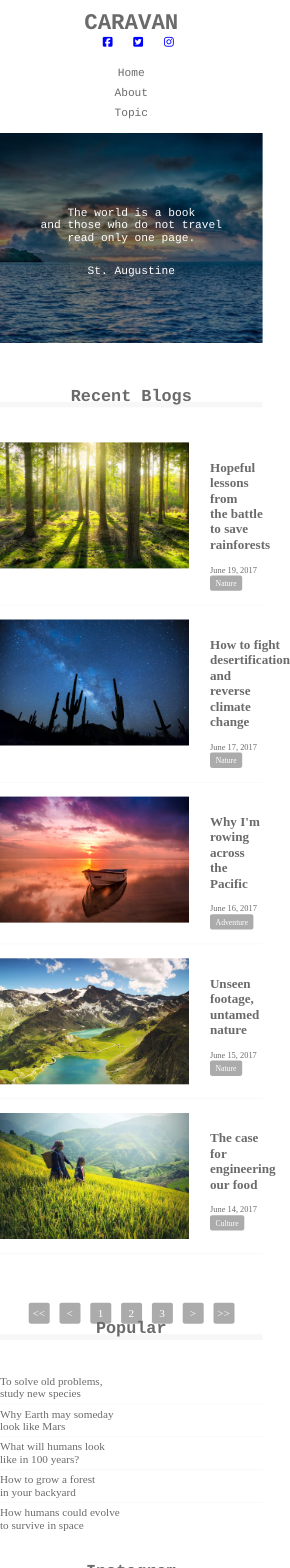
Repository: KoPiyt/Infratop-01
Page: caravan/index.html
The author's editor kept a record of every edit. The page is drawn from the files as they stood at one moment, then again after the next edit.
The browser window is 375 px wide. The page is 414 px wide, then 375 px, so the pictures cover 414 px, including what lies to the right of the window. The pictures show the part of the page from y = 0 to 2240 px (the page is 3105 px tall before and 3031 px after), at 70% of full size.
Some web libraries are served in a nearby version.

Above is the page before.

### caravan/index.html
<!DOCTYPE html>
<html lang="ja">
  <head>
    <meta charset="UTF-8" />
        <meta name="viewport" content="width=device-width,initial-scale=1.0">
    <script src="https://kit.fontawesome.com/45b41b99b0.js" crossorigin="anonymous"></script>
    <!-- CSSファイルの読み込み -->
    <link rel="stylesheet" href="style.css" />
    <title>CARAVAN</title>
  </head>

  <body>
    <!-- header -->
    <header>
      <h1 class="heading">
        <a href="index.html">
          CARAVAN
        </a>
      </h1>
      <div class="social">
        <i class="fab fa-facebook-square"></i>
        <i class="fab fa-twitter-square"></i>
        <i class="fab fa-instagram"></i>
      </div>


    </header>

    <!-- navigation -->
    <nav>
      <ul class="nav-list">
        <li class="nav-list-item">
          <a href="index.html">Home</a>
        </li>
        <li class="nav-list-item">About</li>
        <li class="nav-list-item">Topic</li>
      </ul>
    </nav>

    <!-- main-visual用のdiv -->
    <div class="main-visual">
      <div class="main-visual-content">
        <!-- pタグ（と文字）を追加 -->
        <p class="main-visual-text">
          The world is a book<br>
          and those who do not travel<br>
          read only one page.
        </p>
        <p class="main-visual-name">
          St. Augustine
        </p>      </div>
    </div>

    <!-- main用のdiv -->
    <main>
      <section class="blog">
        <h2 class="blog-heading">Recent Blogs</h2>
    <div class="blog-box">
          <div class="blog-item">
            <img class="blog-image" src="img/forest.jpg" />
            <section class="blog-text">
              <h3 class="blog-text-heading">
                <a href="single.html">
                  Hopeful lessons from<br>
                  the battle to save<br>
                  rainforests
                </a>
              </h3>
              <p class="blog-date">June 19, 2017</p>
              <span class="category">Nature</span>
            </section>
          </div>

          <div class="blog-item">
            <img class="blog-image" src="img/desert.jpg" />
            <section class="blog-text">
              <h3 class="blog-text-heading">
                <a href="single.html">
                  How to fight<br>
                  desertification and<br>
                  reverse climate change
                </a>
              </h3>
              <p class="blog-date">June 17, 2017</p>
              <span class="category">Nature</span>
            </section>
          </div>

          <div class="blog-item">
            <img class="blog-image" src="img/sunset.jpg" />
            <section class="blog-text">
              <h3 class="blog-text-heading">
                <a href="single.html">
                  Why I'm rowing<br>
                  across the Pacific
                </a>
              </h3>
              <p class="blog-date">June 16, 2017</p>
              <span class="category">Adventure</span>
            </section>
          </div>

          <div class="blog-item">
            <img class="blog-image" src="img/italy.jpg" />
            <section class="blog-text">
              <h3 class="blog-text-heading">
                <a href="single.html">
                  Unseen footage,<br>
                  untamed nature
                </a>
              </h3>
              <p class="blog-date">June 15, 2017</p>
              <span class="category">Nature</span>
            </section>
          </div>

          <div class="blog-item">
            <img class="blog-image" src="img/asia.jpg" />
            <section class="blog-text">
              <h3 class="blog-text-heading">
                <a href="single.html">
                  The case for<br>
                  engineering our food
                </a>
              </h3>
              <p class="blog-date">June 14, 2017</p>
              <span class="category">Culture</span>
            </section>
          </div>
        </div>

        <div class="pagination">
          <p><<</p>
          <p><</p>
          <p>1</p>
          <p>2</p>
          <p>3</p>
          <p>></p>
          <p>>></p>
        </div>
      </section>

      <div class="sidebar">
         <section class="popular">
          <h2 class="popular-heading common-heading">Popular</h2>
          <div class="sidebar-contents">
            <p class="popular-text">To solve old problems,<br>study new species</p>
            <p class="popular-text">Why Earth may someday<br>look like Mars</p>
            <p class="popular-text">What will humans look<br>like in 100 years?</p>
            <p class="popular-text">How to grow a forest<br>in your backyard</p>
            <p class="popular-text">How humans could evolve<br>to survive in space</p>
          </div>
         </section>

        <section class="instagram">
          <h2 class="instagram-heading common-heading">Instagram</h2>
          <div class="sidebar-contents">
            <div class="instagram-box"></div>
            <div class="instagram-box"></div>
            <div class="instagram-box"></div>
            <div class="instagram-box"></div>
            <div class="instagram-box"></div>
            <div class="instagram-box"></div>
          </div>
        </section>

        <section class="categories">
          <h2 class="categories-heading common-heading">Categories</h2>
          <div class="sidebar-contents">
            <p class="categories-text">Technology(15)</p>
            <p class="categories-text">Business(23)</p>
            <p class="categories-text">Entertainment(12)</p>
            <p class="categories-text">Nature(32)</p>
            <p class="categories-text">Education(9)</p>
            <p class="categories-text">Adventure(23)</p>
            <p class="categories-text">Communication(14)</p>
          </div>
        </section>

      </div>
    </main>

    <!-- footer -->
    <footer>
      <p class="footer-text">© All rights reserved by Infratop.Inc.</p>
    </footer>
  </body>
</html>

### caravan/style.css
/* ブラウザがそれぞれ持っているCSSをリセットするための記述 */
* {
  margin: 0;
  padding: 0;
  box-sizing: border-box;
  color: #6c6b6b;
}

a {
  text-decoration: none;
}

header, nav, h2, .main-visual, footer {
  font-family: Chalkduster, "Bradley Hand", Courier, "Segoe Print", sans-serif;
}


header {
  width: 90%; /* 横幅90% */
  padding: 15px 0;
  margin: 0 auto;
  text-align: center;
}

.social i {
  display: inline-block;
  margin-left: 20px;
}

header .heading { /* headerタグ内のheadingクラスにのみ反映される */
  font-size: 32px;
}

.nav-list {
  text-align: center;
  padding: 10px 0;
  margin: 0 auto;
}

.nav-list-item {
  list-style: none;
  display: inline-block;
  margin: 0 20px;
}

.main-visual {
  width: 100%; /* 横幅いっぱい */
  height: 300px; /* 高さ300px */
  background-image: url(img/mv.jpg);
  background-size: cover;
  background-position: center;
}

.main-visual-content {
  width: 40%; /* 横幅40% */
  height: 300px; /* 親の高さに揃える */
  background-color: rgba( 0, 0, 0, 0.5); /* 背景色を半透明の黒にする */
  text-align: center; /* 文字を中央揃えにする */
  padding-top: 105px; /* 上側の内側余白で垂直方向の位置を調整 */
}

.main-visual-text {
  color: #fff; /* 文字色を白に変更 */
}

.main-visual-name {
  margin-top: 30px; /* 上側の外側の余白 */
  color: #fff; /* 文字色を白に変更 */
}

main {
  width: 800px; /* 横幅800px */
  display: flex; /* Flexboxの利用 */
  justify-content: center; /* 要素の横並び・中央寄せ */
  margin: 0 auto; /* 要素の中央揃え */
  padding: 70px 0; /* 上下に70px、左右に0pxの内側余白 */
}

.blog {
  width: 540px;
  margin-right: 30px; /* 領域の右側余白 */
}

.blog-heading {
  border-bottom: 8px solid #f7f7f7;
  text-align: center;
  line-height: 0.6;
}

.blog-box {
  padding-top: 50px;
}

.blog-item {
  padding-bottom: 20px;
  margin-bottom: 20px;
  border-bottom: 1px solid #f7f7f7;
  display: flex;
  justify-content: flex-start;
}

.blog-image {
  height: 180px;
}

.blog-text {
  padding: 25px 0 0 30px;
}

.blog-text-heading {
  padding-bottom: 15px;
}

.blog-date {
  font-size: 12px;
  display: inline-block;
}

.category {
  display: inline-block;
  padding: 5px 8px;
  background-color: #acabab;
  border-radius: 3px;
  color: #fff;
  font-size: 11px;
}

.pagination {
  text-align: center;
  padding-top: 50px;
}

.pagination p {
  display: inline-block;
  width: 30px;
  height: 30px;
  margin: 0 5px;
  color: #fff;
  background-color: #acabab;
  border-radius: 3px;
  line-height: 30px;
}

.sidebar {
  width: 230px;
}

.common-heading {
  border-bottom: 8px solid #f7f7f7;
  text-align: center;
  line-height: 0.6;
}

.sidebar-contents {
  padding: 50px 0;
}

.popular-text,
.categories-text {
  padding-bottom: 5px;
  border-bottom: 1px solid #f7f7f7;
  margin-bottom: 5px;
}

.popular-text:last-child,
.categories-text:last-child {
  margin: 0;
  padding: 0;
  border: none;
}

.instagram .sidebar-contents {
  display: flex;
  flex-wrap: wrap;
}

.instagram-box {
  width: 110px;
  padding-top: 110px;
  background-size: cover;
  background-position: center;
  margin-bottom: 10px;
}

.instagram-box:nth-child(odd) {
  margin: 0 10px 10px 0;
}

.instagram-box:nth-child(1) {
  background-image: url(img/airport.jpg);
}

.instagram-box:nth-child(2) {
  background-image: url(img/japan.jpg);
}

.instagram-box:nth-child(3) {
  background-image: url(img/snow.jpg);
}

.instagram-box:nth-child(4) {
  background-image: url(img/japan2.jpg);
}

.instagram-box:nth-child(5) {
  background-image: url(img/lake.jpg);
}

.instagram-box:nth-child(6) {
  background-image: url(img/road.jpg);
}

footer {
  width: 100%; /* 横幅いっぱい */
  height: 120px; /* 高さ120px */

  text-align: center;
  line-height: 120px;
  background-color: #848282;
}

.footer-text {
  color: #fff;
}


@media screen and (max-width: 425px) {

  .social i {
    color: blue;
  }
  main{
    width:100%;
    display: block
  }

   .nav-list {
    width: 100%;
  }
    .nav-list-item {
    width: 100%;
    margin: 0 0 10px 0;
  }
  .main-visual-content {
    width:100%;

  }
 .blog{
    width:100%;
  }
  .blog-heading{
    width:100%;
  }
  header{
    width:100%;
  }
  .blog-box{
    width:100%;
  }

  .sidebar{
    width: 100%;
  }
}

After the next edit:
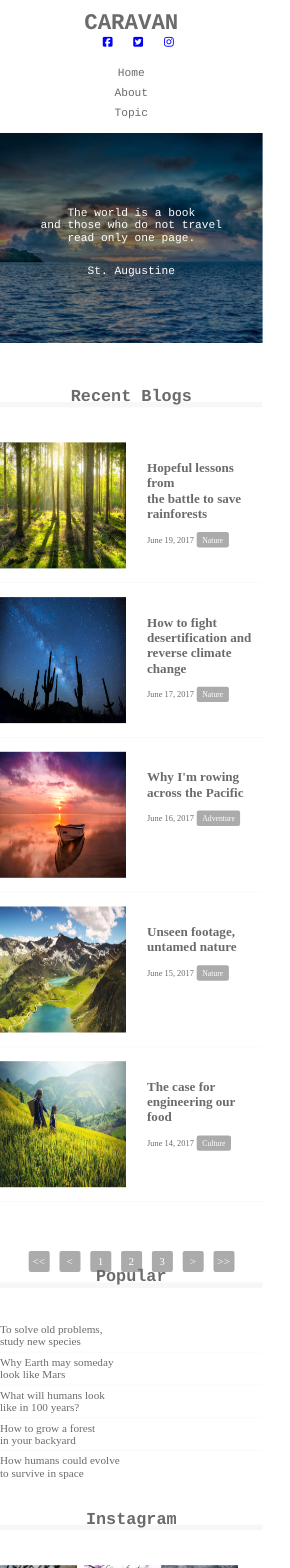
The edit:
--- a/caravan/style.css
+++ b/caravan/style.css
@@ -251,6 +251,10 @@
   .blog-heading{
     width:100%;
   }
+
+  .blog-image{
+    width:180px;
+  }
   header{
     width:100%;
   }
